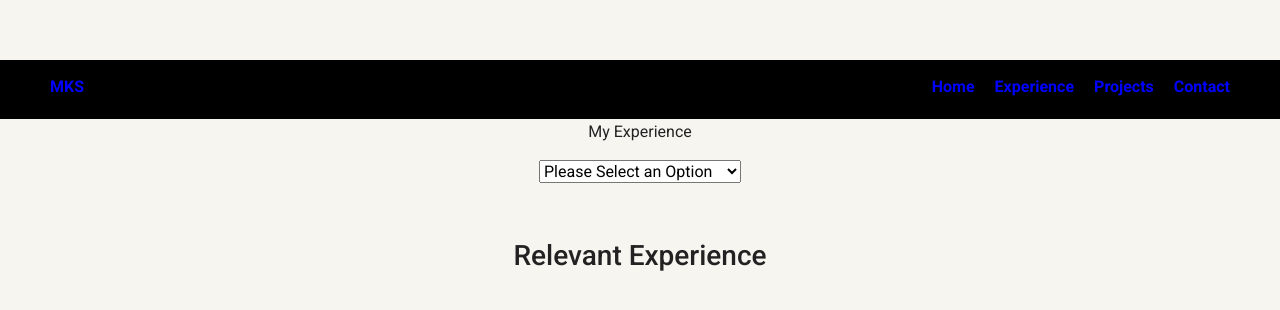
Repository: mskurnickcode/coupleDo
Page: ubuntu/pset8/homepage/experience.html
The author's editor kept a record of every edit. The page is drawn from the files as they stood at one moment, then again after the next edit.
The browser window is 1280 px wide. The pictures show the whole page.
Some web fonts or font styles are not loaded; a fallback is used.

Above is the page before.
Console error: TypeError: Cannot read properties of null (reading 'value')

### ubuntu/pset8/homepage/experience.html
<!DOCTYPE HTML>
<html lan= "en">
    <head>
        <link href="https://stackpath.bootstrapcdn.com/bootstrap/4.5.0/css/bootstrap.min.css" rel="stylesheet">
        <link href="https://fonts.googleapis.com/css?family=Muli%7CRoboto:400,300,500,700,900" rel="stylesheet">
        <link href="styles.css" rel="stylesheet">
        <title>Experience</title>
    </head>
     <div class="main-nav">
        <ul class="nav">
          <li class="name">MKS</li>
          <li><a href="index.html">Home</a></li>
          <li><a href="experience.html">Experience</a></li>
          <li><a href="projects.html">Projects</a></li>
          <li><a href="contact">Contact</a></li>
        </ul>
    </div>
    <div>
        <header class="below-nav">
            <p>
                My Experience
            </p>
        <select>
            <option value="initial" selected>Please Select an Option</option>
            <option value="education">Education Experience</option>
            <option value="ua">UA Experience</option>
            <option value="real estate">Real Estate Experience</option>
            <option value="programming">Programming Experience</option>
        </select>
        <main>
            <div class = "h3 experience" id = "experience">
                <p id="experience"> Relevant Experience </p>
            </div>
        </main>
        </header>
    </div>
    <script>
        let selector = document.querySelector('select')
        var x = document.getElementById("select").value;
        selector.onchange = function() {
            if (x === "education") {
                document.querySelector('#experience').innerHTML = "Education Experience"
            }
        }
    </script>

</html>

### ubuntu/pset8/homepage/styles.css
* {
  box-sizing: border-box;
}

body {
  margin: 0;
  padding: 0;
  text-align: center;
  font-family: 'Roboto', sans-serif;
  color: #222;
  background: #f7f5f0;
}

/* Link Styles */

a {
  text-decoration: none;
}
a:hover {
  color: #6633ff;
}

/* Section Styles */

.main-nav {
  width: 100%;
  background: black;
  min-height: 30px;
  padding: 10px;
  position: fixed;
  text-align: center;
}
.nav {
  display: flex;
  justify-content: space-around;
  font-weight: 700;
  list-style-type: none;
  margin: 0 auto;
  padding: 0;
  color: blue;
}
.nav .name {
  display: none;
  color: blue;
}
.nav li {
  padding: 5px 10px 10px 10px;
  color: blue;
}
.nav a {
  transition: all .5s;
  color: blue;
}
.nav a:hover {
  color: white
}

header {
  text-align: center;
  background-size: cover;
  overflow: hidden;
  padding-top: 60px;
}
header {
  line-height: 1.5;
}
header .profile-image {
  margin-top: 25px;
  margin-bottom: 10px;
  width: 150px;
  height: 150px;
  border-radius: 50%;
  border: 3px solid white;
  transition: all .5s;
}
header .profile-image:hover {
  transform: scale(1.2) rotate(360deg);
}
.tag {
  background-color: blue;
  color: black;
  padding: 25px;
  border-radius: 5px;
  display: table;
  margin: 10px auto;
}

.location {
  background-color: #222;
  color: white;
}
.card {
  margin: 30px;
  padding: 20px 40px 40px;
  max-width: 500px;
  text-align: left;
  background: #fff;
  border-bottom: 4px solid #ccc;
  border-radius: 6px;
}
.card:hover {
  border-color: #ff99ff;
}

ul.skills {
  padding: 0;
  text-align: center;
}

.skills li {
  border-radius: 6px;
  display: inline-block;
  background: #ff9904;
  color: white;
  padding: 5px 10px;
  margin: 2px;
}

.skills li:hover {
  transform: scale(1.25);
}

.skills li:nth-child(odd) {
  background: #0399ff;
}

footer {
  width: 100%;
  min-height: 30px;
  padding: 20px 40px 20px;
}

footer .copyright {
  padding: 20px 40px 20px;
  top: -8px;
  font-size: .75em;
  text-align:center;
  display: inline-block;
}

footer ul {
  margin: 10;
  padding: 25;
  display: inline-block;
}

footer ul li {
  padding: 20px 40px 20px;
  display: inline-block;
}

a.social {
  display: inline-block;
  text-indent: -9999px;
  margin-left: 5px;
  width: 30px;
  height: 30px;
  background-size: 30px 30px;
  opacity: .5;
  transition: all .25s;
}
.twitter {
  background-image: url(images/twitter.svg);
}
.linkedin {
  background-image: url(images/linkedin.svg);
}
.github {
  background-image: url(images/github.svg);
}
a.social:hover {
  opacity: 1;
}
.clearfix {
  clear: both;
}

/* Styles for larger screens */
@media screen and (min-width: 720px) {

  .flex {
      display: flex;
      max-width: 1200px;
      justify-content: space-around;
      margin: 0 auto;
  }

  header {
    min-height: 450px;
  }

  .nav {
    max-width: 1200px;

  }

  .nav .name {
    display: block;
    margin-right: auto;
    color: blue;
  }

  main {
    padding-top: 50px;
  }

  main p {
    line-height: 1.6em;
  }

  footer {
    font-size: 1.3em;
    max-width: 1200px;
    margin: 40px auto;
    text-align:center;
    display: inline;
  }

}

h3 {
color: red;
  letter-spacing: 5px;


}

.card-title {
text-align: center;
  border: solid black 3px;
  border-radius: 10px;
}

.submit {
  padding-top: 100px;
  max-width: 500px;
  display: inline;
  text-align: center;
  border-radius: 6px;
}

buttons {
  margin-top:100px;
  padding-top: 100px;
  text-align: center;
  border-radius: 6px;
}

.below-nav {
  text-align: center;
  margin-top: 60px;
  padding-top: 60px;
}

After the next edit:
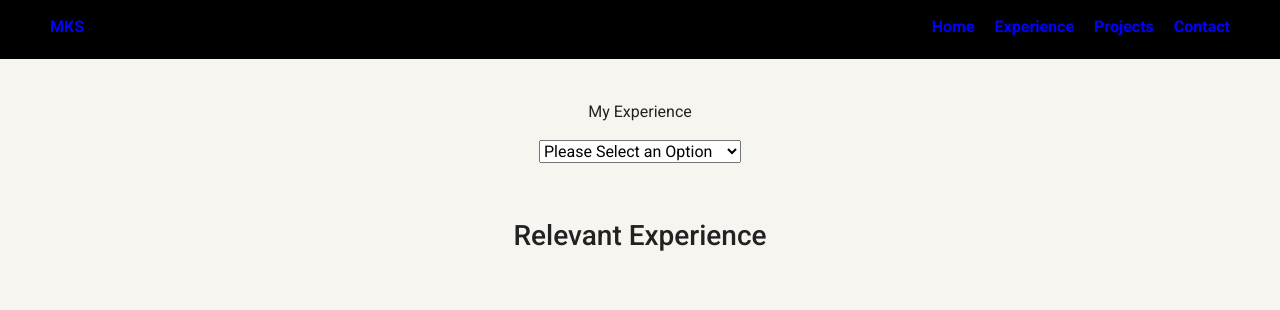
The edit:
--- a/ubuntu/pset8/homepage/styles.css
+++ b/ubuntu/pset8/homepage/styles.css
@@ -248,6 +248,12 @@
 
 .below-nav {
   text-align: center;
-  margin-top: 60px;
-  padding-top: 60px;
-}
+  padding-top: 100px ;
+}
+
+experience {
+  width: 100%;
+  min-height: 60px;
+  padding-top:100;
+  padding: 20px 40px 20px;
+}
